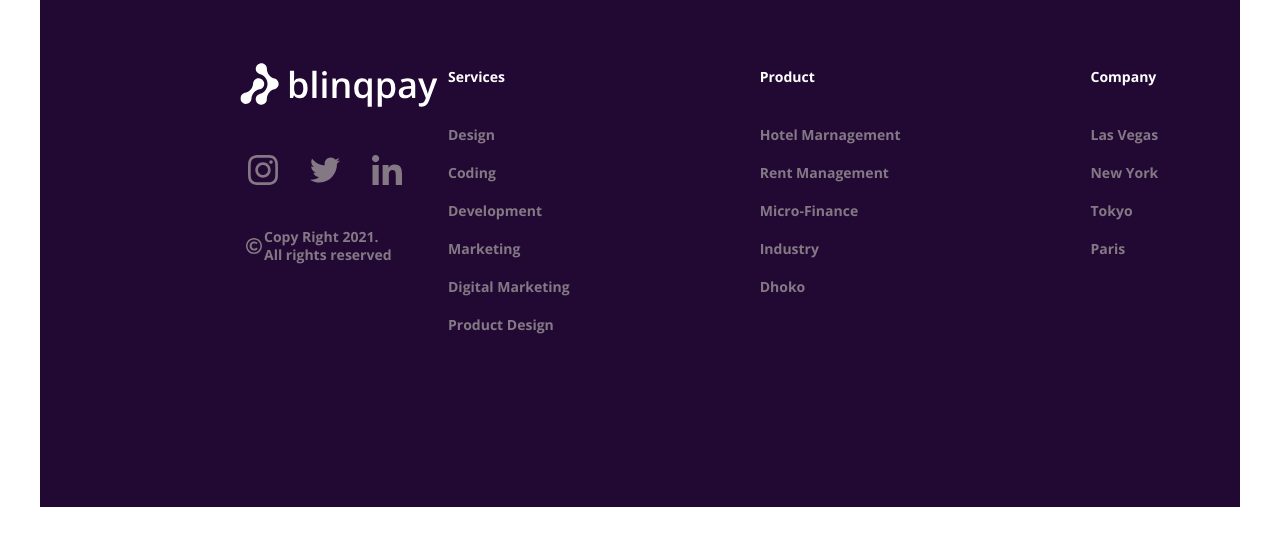
Repository: jabbarbergenoov/mobile-bling-py
Page: idnex.html
These files come from the project's save history. The page is drawn as it stood at one moment and after a run of saves; the edit follows.
The browser window is 1280 px wide. The pictures show the whole page.

Above is the page before, as saved 2025-04-17 19:02:50.

### idnex.html
<!DOCTYPE html>
<html lang="en">
<head>
    <meta charset="UTF-8">
    <meta name="viewport" content="width=device-width, initial-scale=1.0">
    <title>Document</title>
    <link rel="stylesheet" href="./style/styl.css">
</head>
<body>
    <header class="arslan">

    </header>
    <main>
        <section class="chingiz"></section>
        <section class="ulugbek"></section>
        <section class="bekzad"></section>
        <section class="maftuna"></section>
        <section class="aydos"></section>
    </main>
    <footer class="behruz">
        <div class="container">
            <div class="footer">
                <div class="boxa">
                  <img src="./images/Logo.svg" alt="" class="iimg">
                  <div class="df">
                  <img src="./images/insta.svg" alt="" class="insta">
                  <img src="./images/twiter.svg" alt="" class="twiter">
                  <img src="./images/in.svg" alt="" class="in">
                  </div>
                  <div class="gh">
                  <img src="./images/c.svg" alt="" class="iimg2">
                  <p class="ssd">Copy Right 2021. <br>All rights reserved</p>
                  </div>
                </div>
                <div class="boxes">
                <div class="boxb">
                  <h2 class="word">Services</h2>
                  <p class="texts">Design</p>
                  <p class="texts">Coding</p>
                  <p class="texts">Development</p>
                  <p class="texts">Marketing</p>
                  <p class="texts">Digital Marketing</p>
                  <p class="texts">Product Design</p>
                </div>
                <div class="boxb">
                  <h2 class="word">Product</h2>
                  <p class="texts">Hotel Marnagement</p>
                  <p class="texts">Rent Management</p>
                  <p class="texts">Micro-Finance</p>
                  <p class="texts">Industry</p>
                  <p class="texts">Dhoko</p>
                </div>
                <div class="boxb">
                  <h2 class="word">Company</h2>
                  <p class="texts">Las Vegas</p>
                  <p class="texts">New York</p>
                  <p class="texts">Tokyo</p>
                  <p class="texts">Paris</p>
                </div>
                </div>
              </div>
            </div>
    </footer>
</body>
</html>

### style/styl.css
@import url(https://fonts.googleapis.com/css?family=Open+Sans:300,regular,500,600,700,800,300italic,italic,500italic,600italic,700italic,800italic);
* {
    margin: 0;
    padding: 0;
    box-sizing: border-box;
}
.container {
    padding: 0 15;
    width: 1200px;
    margin: 0 auto;
}
.footer {
    height: 689px;
    background: rgb(33, 9, 51);
    position: relative;
    bottom: 182px;
    display: flex;
    gap: 10px;
  }
  .iimg {
    padding-top: 242px;
    padding-left: 200px;
  }
  .df {
    display: flex;
    gap: 32px;
    padding-left: 208px;
    padding-top: 42px;
  }
  .gh {
    display: flex;
    gap: 2px;
    padding-left: 206px;
    padding-top: 43px;
  }

  .ssd {
    color: rgb(133, 120, 133);
    font-size: 14px;
    font-weight: 700;
    line-height: 128.6%;
    letter-spacing: 4%;
    font-family: Open Sans;
  }
  .word {
    color: rgb(255, 255, 255);
    font-size: 14px;
    font-weight: 700;
    line-height: 128.6%;
    letter-spacing: 4%;
    text-align: left;
    padding-bottom: 20px;
    font-family: Open Sans;

  }
  .texts {
    color: rgb(133, 120, 133);
    font-family: Open Sans;
    font-size: 14px;
    font-weight: 700;
    line-height: 128.6%;
    padding-top: 20px;
  }
  .boxb{
    padding-top: 250px;
  }
  .boxes{
    display: flex;
    gap: 190px;

  }

After the next 2 saves:
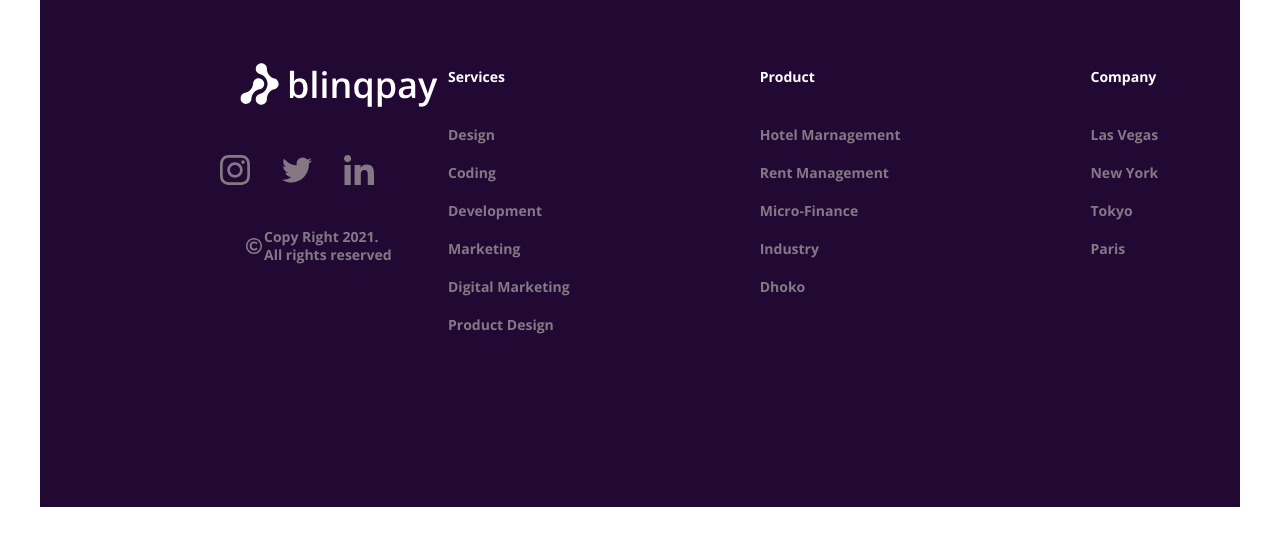
The 2 saves are shown as one change because they came seconds apart.
The last was saved 13 s later.
--- a/style/styl.css
+++ b/style/styl.css
@@ -24,7 +24,7 @@
   .df {
     display: flex;
     gap: 32px;
-    padding-left: 208px;
+    padding-left: 180px;
     padding-top: 42px;
   }
   .gh {
